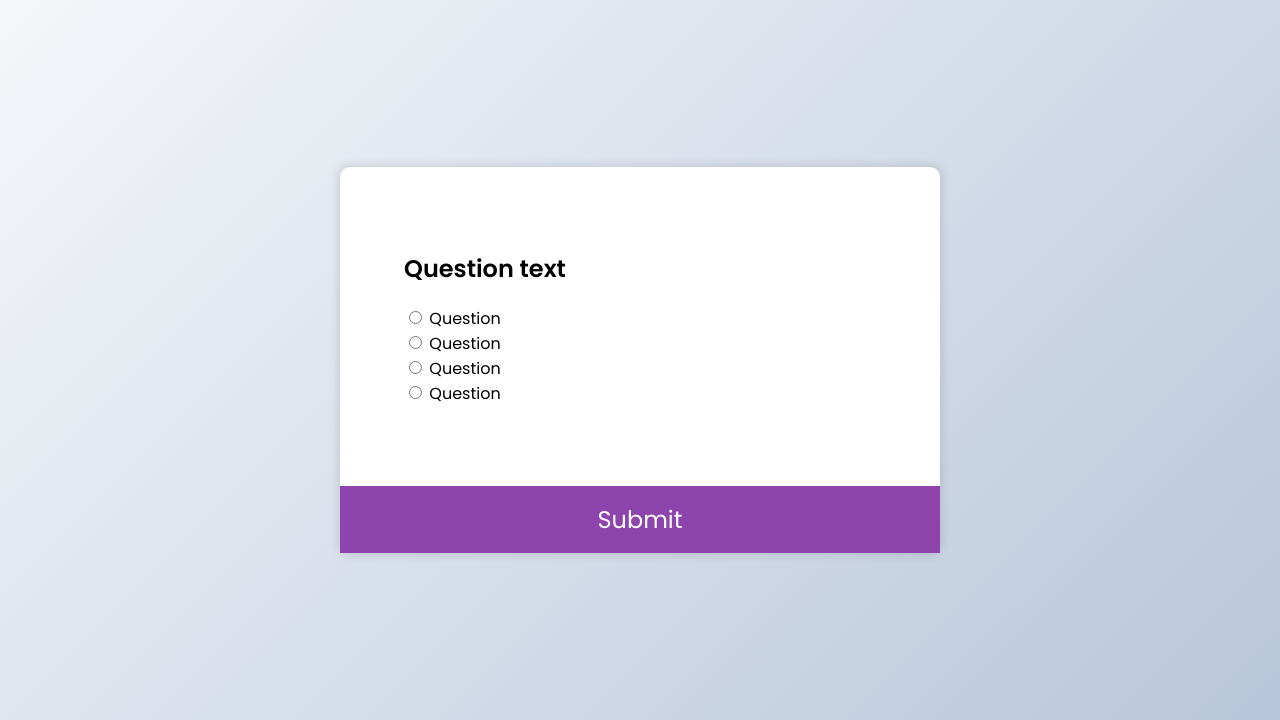
Repository: kate30980/projects-js-practice
Page: quiz-app/index.html
These files come from the project's save history. The page is drawn as it stood at one moment and after the next save; the edit follows.
The browser window is 1280 px wide. The pictures show the whole page.

Above is the page before, as saved 2021-09-05 22:06:38.

### quiz-app/index.html
<!DOCTYPE html>
<html lang="en">

<head>
    <meta charset="UTF-8" />
    <meta name="viewport" content="width=device-width, initial-scale=1.0" />
    <title>Title</title>
    <link rel="stylesheet" href="style.css" />
    <script src="script.js" defer></script>
</head>

<body>
    <div class="quiz-container">
        <div class="quiz-header">
            <h2>Question text</h2>
            <ul>
                <li>
                    <input type="radio" id="a" name="answer">
                    <label for="a">Question</label>
                </li>
                <li>
                    <input type="radio" id="b" name="answer">
                    <label for="b">Question</label>
                </li>
                <li>
                    <input type="radio" id="c" name="answer">
                    <label for="c">Question</label>
                </li>
                <li>
                    <input type="radio" id="d" name="answer">
                    <label for="d">Question</label>
                </li>
            </ul>
        </div>
        <button>Submit</button>
    </div>
</body>

</html>

### quiz-app/style.css
@import url("https://fonts.googleapis.com/css2?family=Poppins:wght@200;400;600&display=swap");

* {
    box-sizing: border-box;
}

body {
    background-color: #b8c6db;
    background-image: linear-gradient(315deg,#b8c6db, #f5f7fa 100%);
    font-family: "Poppins", sans-serif;
    margin: 0;
    min-height: 100vh;

    display: flex;
    align-items: center;
    justify-content: center;

}

.quiz-container{
    background-color: #fff;
    width: 400px;
    border-radius: 10px;
    box-shadow: rgba(100, 100, 100, 0.2) 0px 0 10px 2px;
    width: 600px;
    max-width: 100%;
}
.quiz-header{
    padding: 4rem;
}
ul{
    list-style-type: none;
    padding: 0;
}
button{
    background-color:#8e44ad;
    display: block;
    width: 100%;
    padding: 1rem;
    color: white;
    font-family: inherit;
    border:none;
    font-size: 1.5rem;
}

### quiz-app/script.js
const quizData = [
  {
    question: "How old is Kate?",
    a: "10",
    b: "17",
    c: "21",
    d: "20",
    correct: "c",
  },
  {
    question: "What is the best programming language?",
    a: "Javascript",
    b: "Python",
    c: "C++",
    d: "PHP",
    correct: "a",
  },
  {
    question: "Who is the president of US?",
    a: "Kate Le",
    b: "Donald Trump",
    c: "Barack Obama",
    d: "Bill Clinton",
    correct: "a",
  },
  {
    question: "Kate is the best girl in the world",
    a: "Damn true",
    b: "This is a correct answer",
    c: "Aboslutely",
    d: "Dont need to ask this stupid question",
    correct: "a",
  },
  {
    question: "What year was Javascript launch",
    a: "2020",
    b: "2019",
    c: "1995",
    d: "None of the above",
    correct: "c",
  },
];

After the next save:
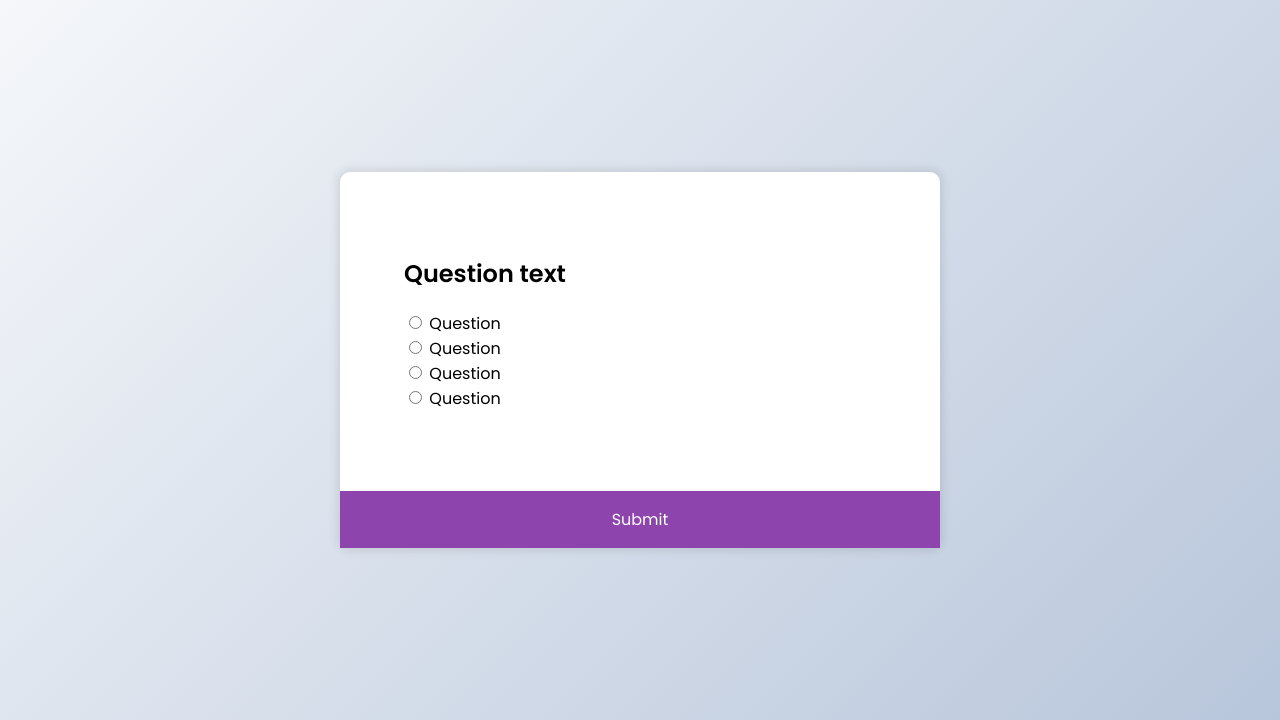
Saved 4 s later.
--- a/quiz-app/style.css
+++ b/quiz-app/style.css
@@ -40,5 +40,5 @@ button{
     color: white;
     font-family: inherit;
     border:none;
-    font-size: 1.5rem;
+    font-size: 1rem;
 }
